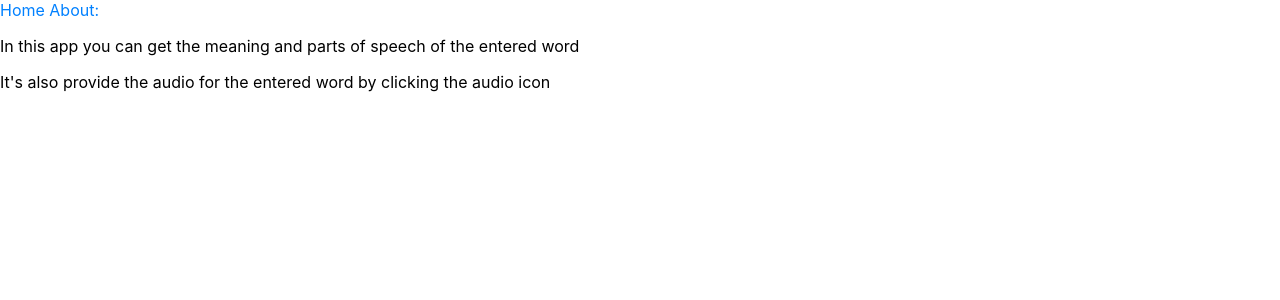
Repository: Josephkennedy603/Dictionary
Page: /about
These files come from the project's save history. The page is drawn as it stood at one moment and after the next save; the edit follows.
The browser window is 1280 px wide. The pictures show the whole page.
The project was rebuilt for these pictures with package versions that can differ from the ones it lists, and the page was loaded fresh each time. Also part of the build but not shown: src/Home.css, src/Home.js.

Above is the page before, as saved 2024-01-22 13:13:02.

### src/App.js
import { BrowserRouter, Route, Routes } from 'react-router-dom';
import About from './About';
import './App.css';
import Home from './Home';

function App() {
  return (
    <div className="App">
       <BrowserRouter>
        <Routes>
          <Route path='/about' element={<About />} />
          <Route path='/' element={<Home />} />
          <Route path='/about/tamil' element={<tamil/>}></Route>
        </Routes>
     </BrowserRouter>
    </div>
  );
}

export default App;

### src/About.jsx
import React from 'react'
import { Link } from 'react-router-dom'

function About() {
  return (

    <div><Link style={{textDecoration:"none", color:"#0080ff"}} to={"/"} >Home</Link> <span style={{color:"#0080ff"}}>About: </span>
    <p> In this app you can get the meaning and parts of speech of the entered word </p>
    <p> It's also provide the audio for the entered word by clicking the audio icon</p>
    </div>
  )
}

export default About

Loaded but not shown: public/index.html (common file); src/index.js (common file); src/index.css (common file); src/App.css (no stored copy; drawn as an empty file)

After the next save:
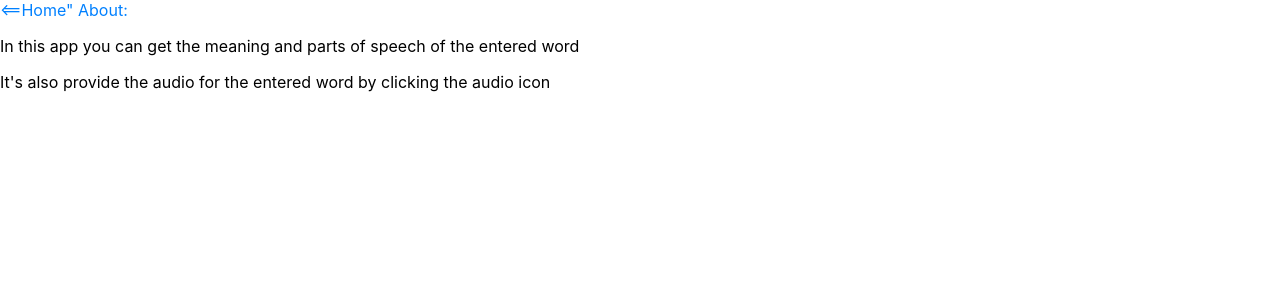
Saved 118 s later.
--- a/src/About.jsx
+++ b/src/About.jsx
@@ -4,7 +4,7 @@ import { Link } from 'react-router-dom'
 function About() {
   return (
 
-    <div><Link style={{textDecoration:"none", color:"#0080ff"}} to={"/"} >Home</Link> <span style={{color:"#0080ff"}}>About: </span>
+    <div><Link style={{textDecoration:"none", color:"#0080ff"}} to={"/"} >{"<==Home"}"</Link> <span style={{color:"#0080ff"}}>About: </span>
     <p> In this app you can get the meaning and parts of speech of the entered word </p>
     <p> It's also provide the audio for the entered word by clicking the audio icon</p>
     </div>
